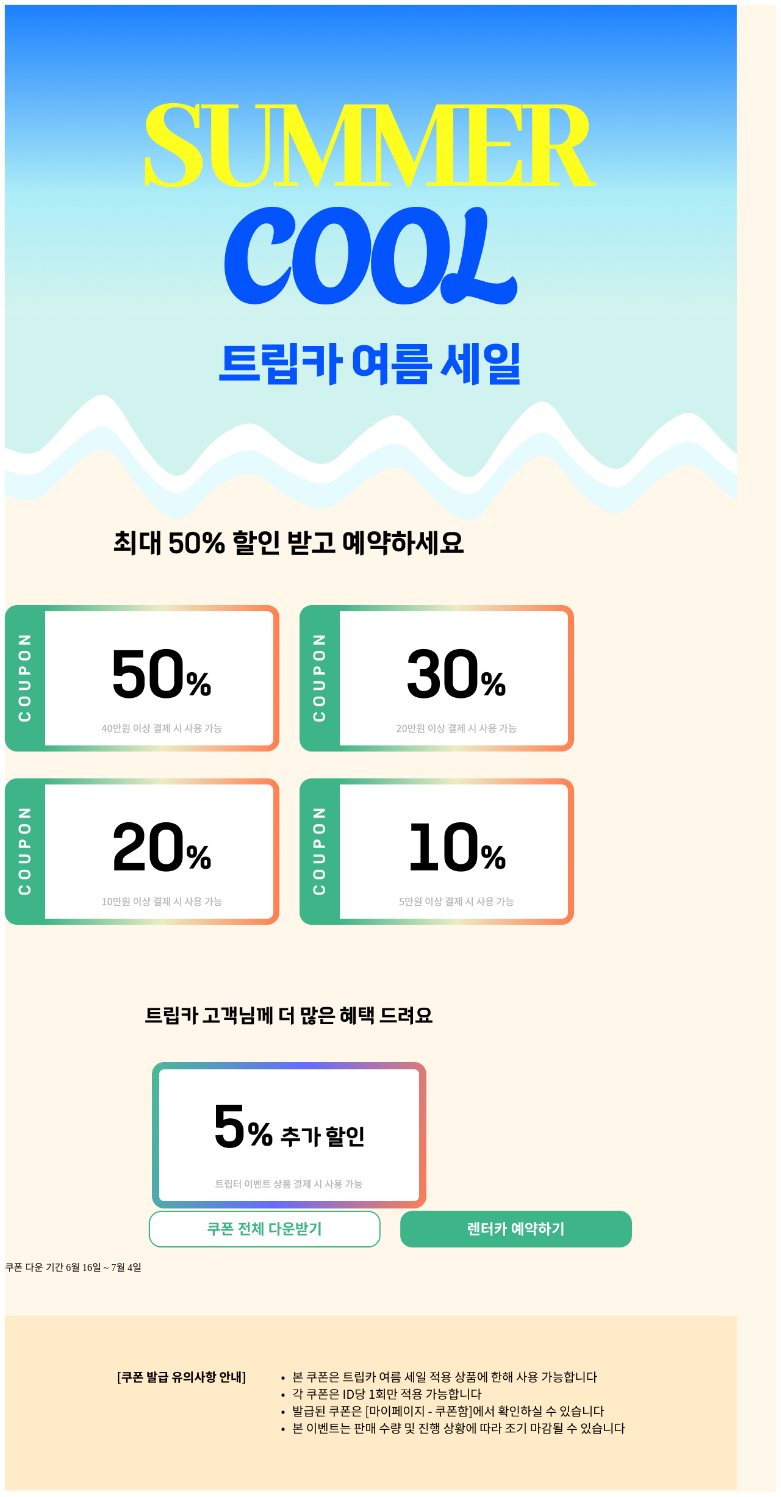
Repository: shin-eekk/project_temp
Page: project.html
An editor plug-in stored every save of this project. The page is shown before and after the next save, followed by the edit.
The browser window is 1280 px wide. The pictures show the whole page, at 61% of full size.

Above is the page before, as saved 2025-03-25 13:32:04.

After the next save:
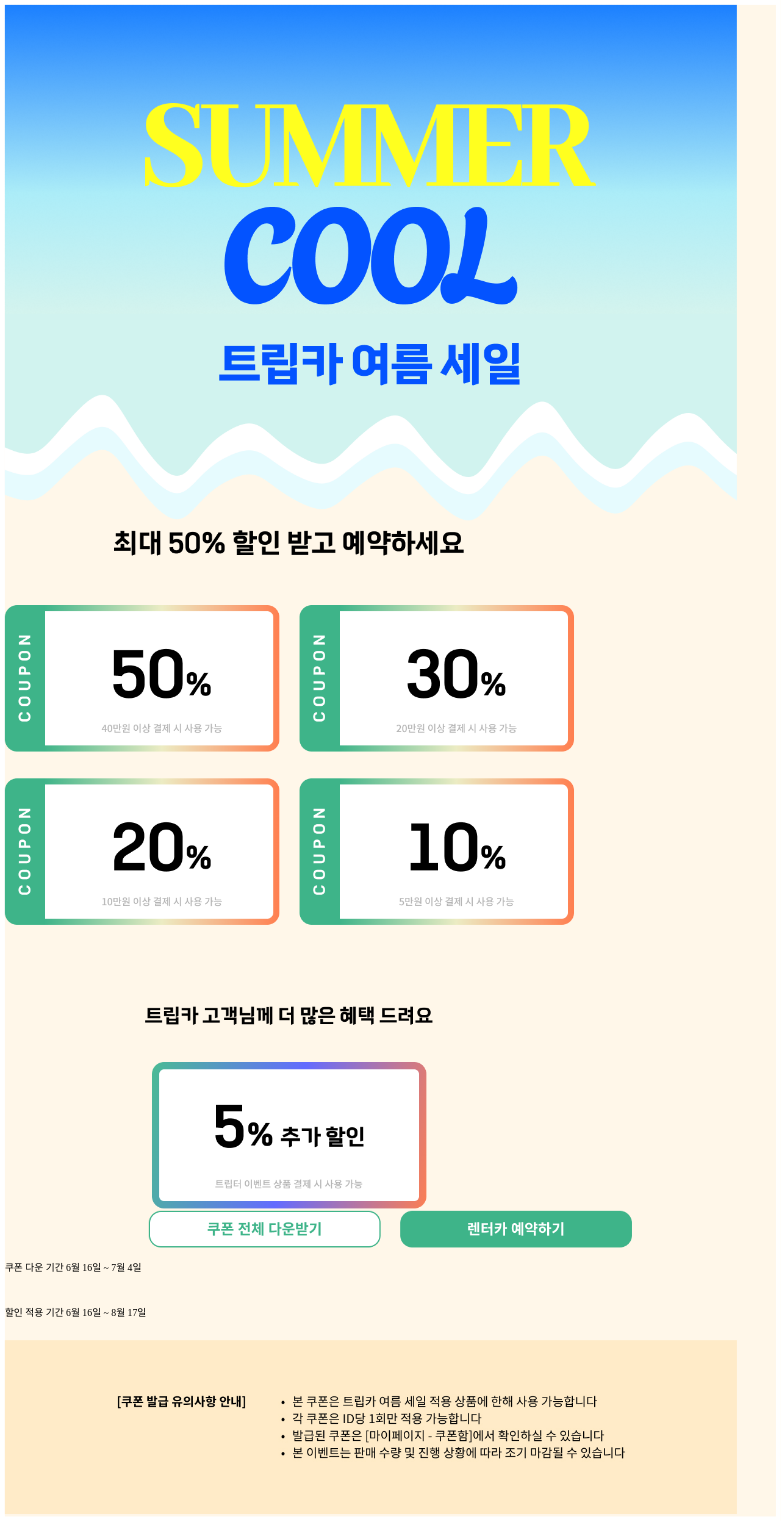
Saved 5 s later.
--- a/project.html
+++ b/project.html
@@ -20,7 +20,7 @@
             </div>
                 <p>쿠폰 다운 기간  6월 16일 ~ 7월 4일</p>
                 <br>
-                <p></p>
+                <p>할인 적용 기간  6월 16일 ~ 8월 17일</p>
                 <img src="" alt="">
             <div><a href=""></a></div>
         </div>
